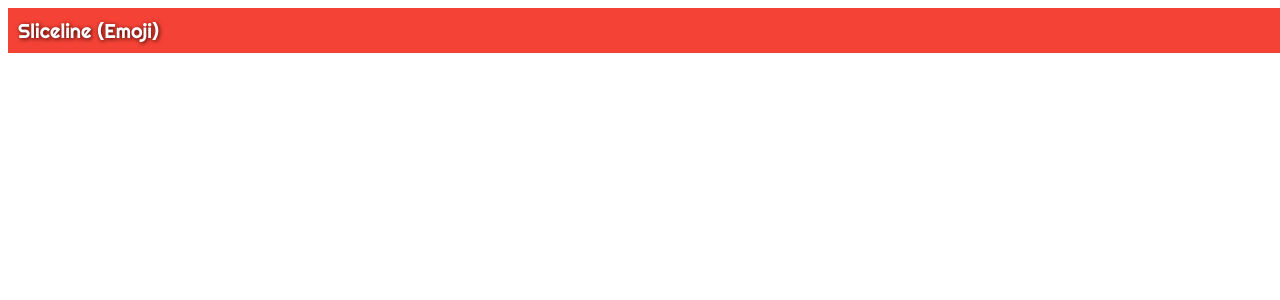
Repository: c0debase/LivingFoods
Page: /
These files come from the project's save history. The page is drawn as it stood at one moment and after the next save; the edit follows.
The browser window is 1280 px wide. The pictures show the whole page.
The project was rebuilt for these pictures with package versions that can differ from the ones it lists, and the page was loaded fresh each time.

Above is the page before, as saved 2021-09-19 03:12:09.

### public/index.html
<!DOCTYPE html>
<html lang="en">
  <head>
    <meta charset="utf-8" />
    <link rel="icon" href="%PUBLIC_URL%/favicon.ico" />
    <meta name="viewport" content="width=device-width, initial-scale=1" />
    <meta name="theme-color" content="#000000" />
    <meta
      name="description"
      content="Web site created using create-react-app"
    />
    <link rel="apple-touch-icon" href="%PUBLIC_URL%/logo192.png" />

    <link rel="preconnect" href="https://fonts.googleapis.com">
    <link rel="preconnect" href="https://fonts.gstatic.com" crossorigin>
    <link href="https://fonts.googleapis.com/css2?family=Open+Sans|Righteous" rel="stylesheet">

    <!--
      manifest.json provides metadata used when your web app is installed on a
      user's mobile device or desktop. See https://developers.google.com/web/fundamentals/web-app-manifest/
    -->
    <link rel="manifest" href="%PUBLIC_URL%/manifest.json" />
    <!--
      Notice the use of %PUBLIC_URL% in the tags above.
      It will be replaced with the URL of the `public` folder during the build.
      Only files inside the `public` folder can be referenced from the HTML.

      Unlike "/favicon.ico" or "favicon.ico", "%PUBLIC_URL%/favicon.ico" will
      work correctly both with client-side routing and a non-root public URL.
      Learn how to configure a non-root public URL by running `npm run build`.
    -->
    <title>React App</title>
  </head>
  <body>
    <noscript>You need to enable JavaScript to run this app.</noscript>
    <div id="root"></div>
    <!--
      This HTML file is a template.
      If you open it directly in the browser, you will see an empty page.

      You can add webfonts, meta tags, or analytics to this file.
      The build step will place the bundled scripts into the <body> tag.

      To begin the development, run `npm start` or `yarn start`.
      To create a production bundle, use `npm run build` or `yarn build`.
    -->
  </body>
</html>

### src/App.js
import { createGlobalStyle } from 'styled-components';
import { Navbar } from "./Navbar/Navbar";
import {Banner} from './Banner/Banner';

const GlobalStyle = createGlobalStyle`
  body {
    font-family: 'Open Sans', sans-serif;
    margin: 0;
  }

  h1, h2, h3 {
    font-family: 'Righteous', cursive;
  }
`

function App() {
  return (
    <>
      <Navbar />
      hello sliceline
    </>
  );
}

export default App;

### src/Navbar/Navbar.js
import React from 'react';
import styled from 'styled-components';
import {pizzaRed} from '../Styles/colors';
import {Title} from '../Styles/title';


export const NavbarStyled = styled.div`
  background-color: ${pizzaRed};
  padding: 10px;
  position: fixed;
  width: 100%;
`

const Logo = styled(Title)`
  font-size: 20px;
  color: white;
  text-shadow: 1px 1px 4px #380502;
`;

export function Navbar(){
  return (
  <NavbarStyled>
    <Logo>Sliceline (Emoji)</Logo>
  </NavbarStyled>
  )
}

### src/Banner/Banner.js
import styled from 'styled-components';

export const Banner = styled.div`
  height: 200px;
  border: 1px solid red;
`;

### src/Styles/colors.js
export const pizzaRed = "#f44336";

### src/Styles/title.js
import styled from 'styled-components';

export const Title = styled.div`
  font-family: 'Righteous', cursive;
`;

Loaded but not shown: src/index.js (common file); src/reportWebVitals.js (common file)

After the next save:
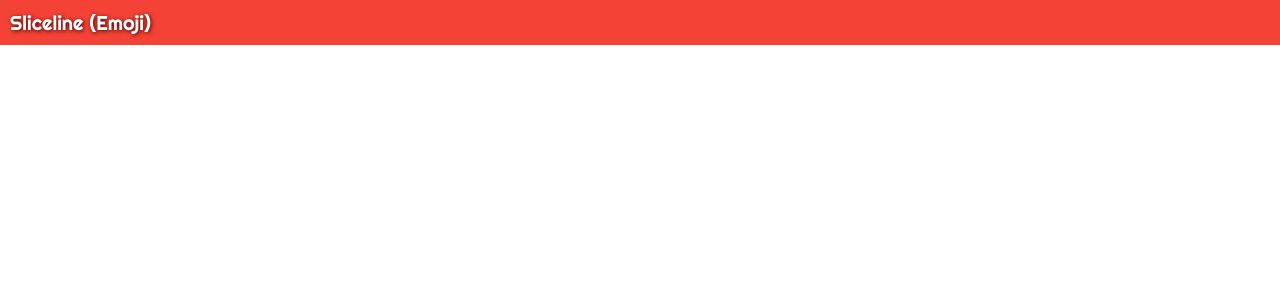
Saved 37 s later.
--- a/src/App.js
+++ b/src/App.js
@@ -16,6 +16,7 @@ const GlobalStyle = createGlobalStyle`
 function App() {
   return (
     <>
+      <GlobalStyle />
       <Navbar />
       hello sliceline
     </>
